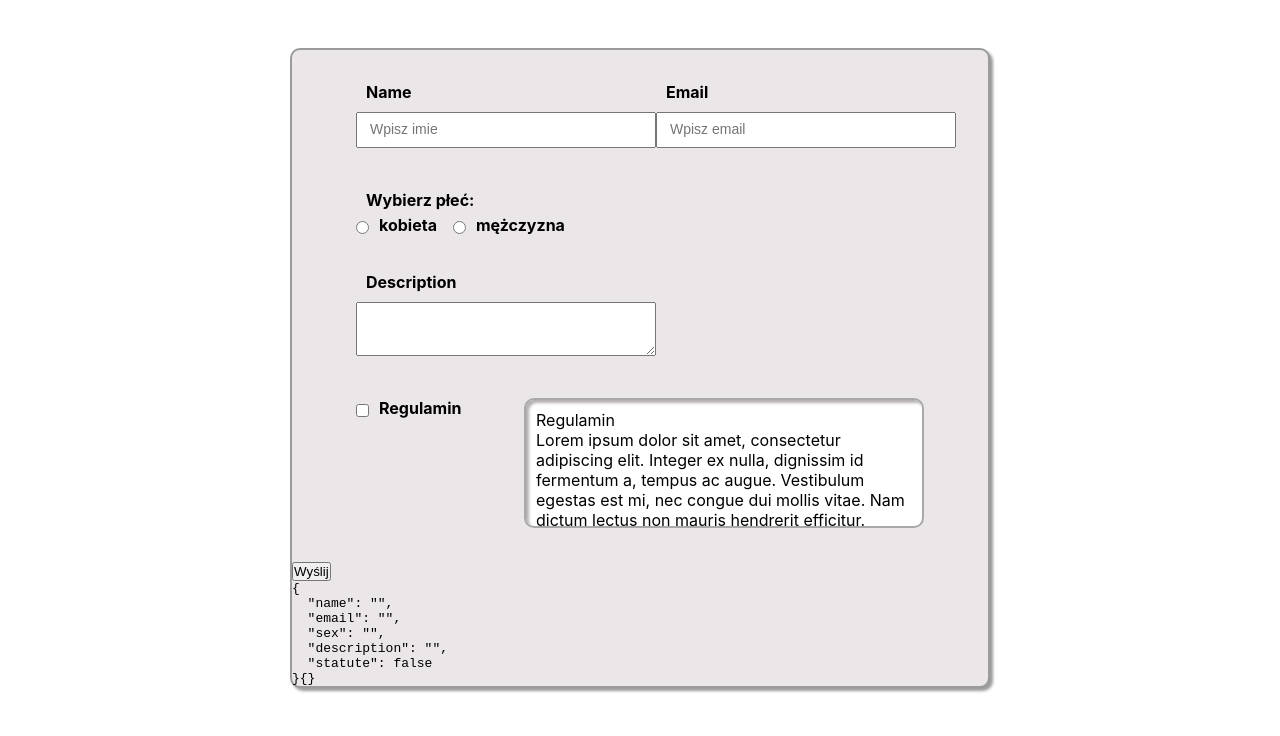
Repository: KrzysKolo/sr_tydzien4_zad3
Page: /
The author's editor kept a copy of each file at every save. The page is drawn from the files as they stood at one save, then again after the next save.
The browser window is 1280 px wide. The pictures show the whole page.
The project was rebuilt for these pictures with package versions that can differ from the ones it lists, and the page was loaded fresh each time. Also part of the build but not shown: src/components/FormComponents/TextError.js.

Above is the page before, as saved 2020-11-19 14:03:42.

After the next save:
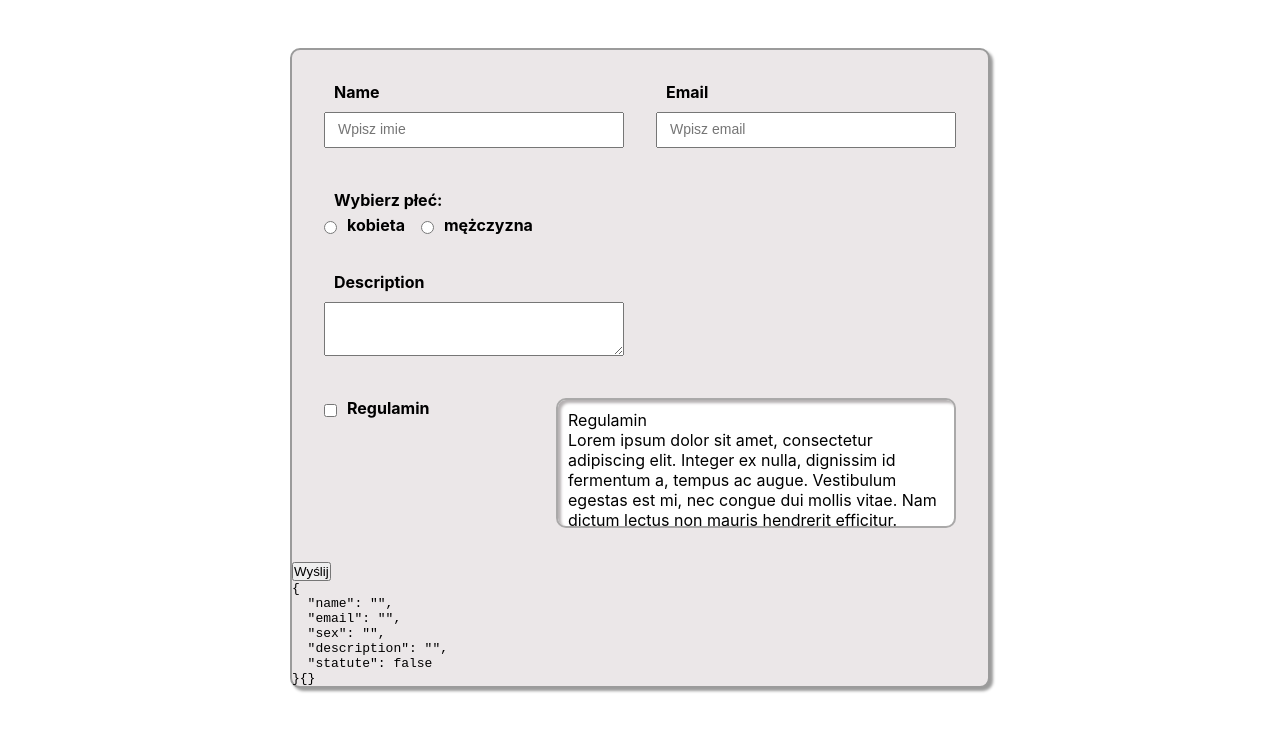
Saved 29 s later.
--- a/src/App.css
+++ b/src/App.css
@@ -14,7 +14,7 @@
 .section {
   display: flex;
   flex-direction: row;
-  margin: 2rem 4rem;
+  margin: 2rem 2rem;
   justify-content: space-between;
 }
 label {
